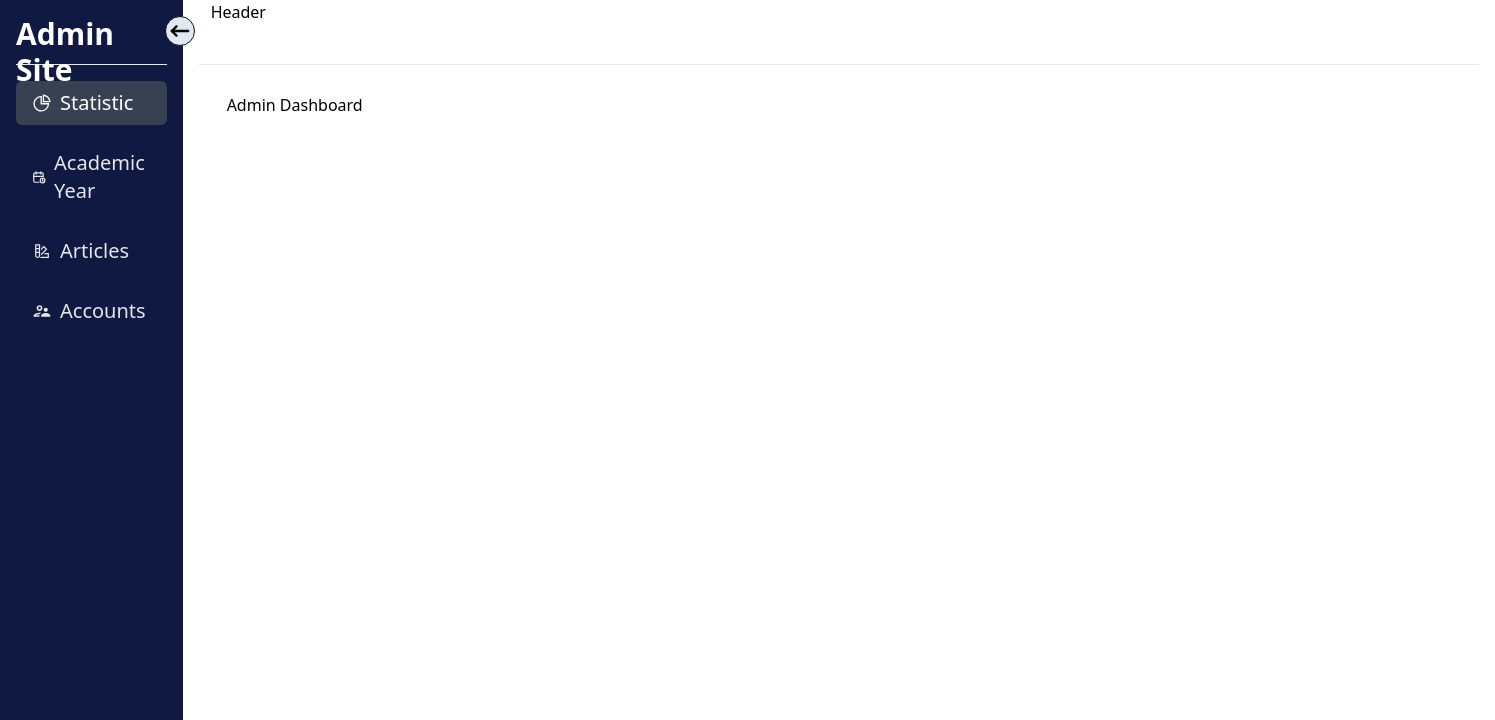
Repository: huynhvanngoan/COMP1640FE-Template
Page: /admin
The author's editor kept a copy of each file at every save. The page is drawn from the files as they stood at one save, then again after the next save.
The browser window is 1280 px wide. The page is 1495 px wide, then 1280 px, so the pictures cover 1495 px, including what lies to the right of the window. The pictures show the whole page.
The project was rebuilt for these pictures with package versions that can differ from the ones it lists, and the page was loaded fresh each time. Also part of the build but not shown: src/components/buttonStyles.js, src/pages/LoginPage.jsx, src/pages/student/StudentDashboard.jsx, src/pages/department/DepartmentDashboard.jsx, src/pages/marketing/MarketingDashboard.jsx, src/pages/guest/GuestDashboard.jsx.

Above is the page before, as saved 2024-03-24 07:05:08.

### src/index.js
import React from 'react';
import ReactDOM from 'react-dom/client';
import './index.css';
import App from './App';

const root = ReactDOM.createRoot(document.getElementById('root'));
root.render(
  <React.StrictMode>
      <App />
  </React.StrictMode>
)

### src/index.css
@import url('https://fonts.googleapis.com/css2?family=Inter:wght@100;200;300;400;500;600;700;800;900&display=swap');
@tailwind base;
@tailwind components;
@tailwind utilities;

### src/App.js
import React from 'react'
import { BrowserRouter as Router, Routes, Route, Navigate } from "react-router-dom";
import LoginPage from './pages/LoginPage';
import StudentDashboard from './pages/student/StudentDashboard';
import DepartmentDashboard from './pages/department/DepartmentDashboard';
import MarketingDashboard from './pages/marketing/MarketingDashboard';
import GuestDashboard from './pages/guest/GuestDashboard';
import Layout from './pages/admin/layout';
const App = () => {


  return (
    <Router>
        <Routes>
          <Route path="/login" element={<LoginPage/>} />

          <Route path="/admin" element={<Layout />}/>

          <Route path="/student-dashboard" element={<StudentDashboard />}/>

          <Route path="/guest-dashboard" element={<GuestDashboard />}/>

          <Route path="/department-dashboard" element={<DepartmentDashboard />}/>

          <Route path="/marketing-dashboard" element={<MarketingDashboard />}/>

          {/* <Route path='/marketing-homepage' element={<MarketingHomePage  />}/> */}

          <Route path='*' element={<Navigate to="/login" />} />

        </Routes>
    </Router>
  )
}

export default App

### src/pages/admin/layout.js
import React from 'react';
import Sidebar from './Sidebar';
import Header from './Header';
import AdminDashboard from './AdminDashboard';


export default function Layout() {
  return (
      <div className='flex'>
        <Sidebar />
        <div className='flex flex-col'>
          <Header />
          <AdminDashboard />
        </div>
      </div>
  );
}

### src/pages/admin/Sidebar.js
import React, { useState } from 'react';
import { Link } from 'react-router-dom';
import { AiOutlinePieChart } from "react-icons/ai";
import { TbCalendarTime } from "react-icons/tb";
import { LiaSwatchbookSolid } from "react-icons/lia";
import { MdOutlineSupervisorAccount } from "react-icons/md";
import { TbArrowNarrowLeft } from "react-icons/tb";
export const SidebarContent = [
  {
    icon: AiOutlinePieChart,
    heading: "Statistic"
  },
  {
    icon: TbCalendarTime,
    heading: "Academic Year"
  },
  {
    icon: LiaSwatchbookSolid,
    heading: "Articles"
  },
  {
    icon: MdOutlineSupervisorAccount,
    heading: "Accounts"
  }
]

export default function Sidebar() {
  const [selected, setSelected] = useState(0);
  const [colapse, setColapse] = useState(true);

  return (
    <div className={`left-0 top-0 h-screen bg-[#0f1941] p-4 ${colapse ? "w-64" : "w-20"} duration-300`}>
        <div className='flex flex-col'>
           <div className='relative flex h-10 justify-end'>
            {
              colapse ? (<h1 className='text-white text-3xl font-bold mx-auto '>Admin Site</h1>) : ''
            }
            <TbArrowNarrowLeft className={`text-3xl bg-slate-200 rounded-full cursor-pointer absolute -right-7 border border-[#080e24] hover:text-white ${!colapse && 'rotate-180'}`} onClick={() => setColapse(!colapse)} />
           </div>
          <ul className='my-2 border-t pt-4 w-full items-center'>
            {SidebarContent.map((item, index) => {
              return (
                <li className={selected === index  ? "mb-4 group active" : "mb-4" } key={index} onClick={() => setSelected(index)}>
                  <Link to="#" className={`flex w-full rounded-md items-center space-x-2 text-gray-200 hover:bg-[#080e24] hover:text-white group-[.active]:bg-gray-700 group-[.active]:text-white ${colapse ? 'text-xl px-4 py-2 ': 'text-3xl px-2 py-1'}`}>
                    { colapse ? (
                      <>
                        <item.icon />
                        <span>{item.heading}</span>
                      </>
                    ) : ( <item.icon />)
                    }
                  </Link>
                </li>
              )
            })}
          </ul>
        </div>
    </div>
  );
}

### src/pages/admin/Header.js
import React from 'react';

export default function Header() {
  return (
    <div className='px-7  w-full h-16'>
        Header
    </div>
  );
}

### src/pages/admin/AdminDashboard.js
import React from 'react'

const AdminDashboard = () => {
  return (
      <div className='p-7 mx-4 w-screen border-t'>
        Admin Dashboard
      </div>
  )
}

export default AdminDashboard

### tailwind.config.js
/** @type {import('tailwindcss').Config} */
module.exports = {
  content: [
    "./src/**/*.{js,jsx,ts,tsx}",
  ],
  theme: {
    extend: {
      fontFamily: {
        "inter": ["Inter", "sans-serif"]
      }
    },
  },
  plugins: [],
}

Loaded but not shown: public/index.html (common file)

After the next save:
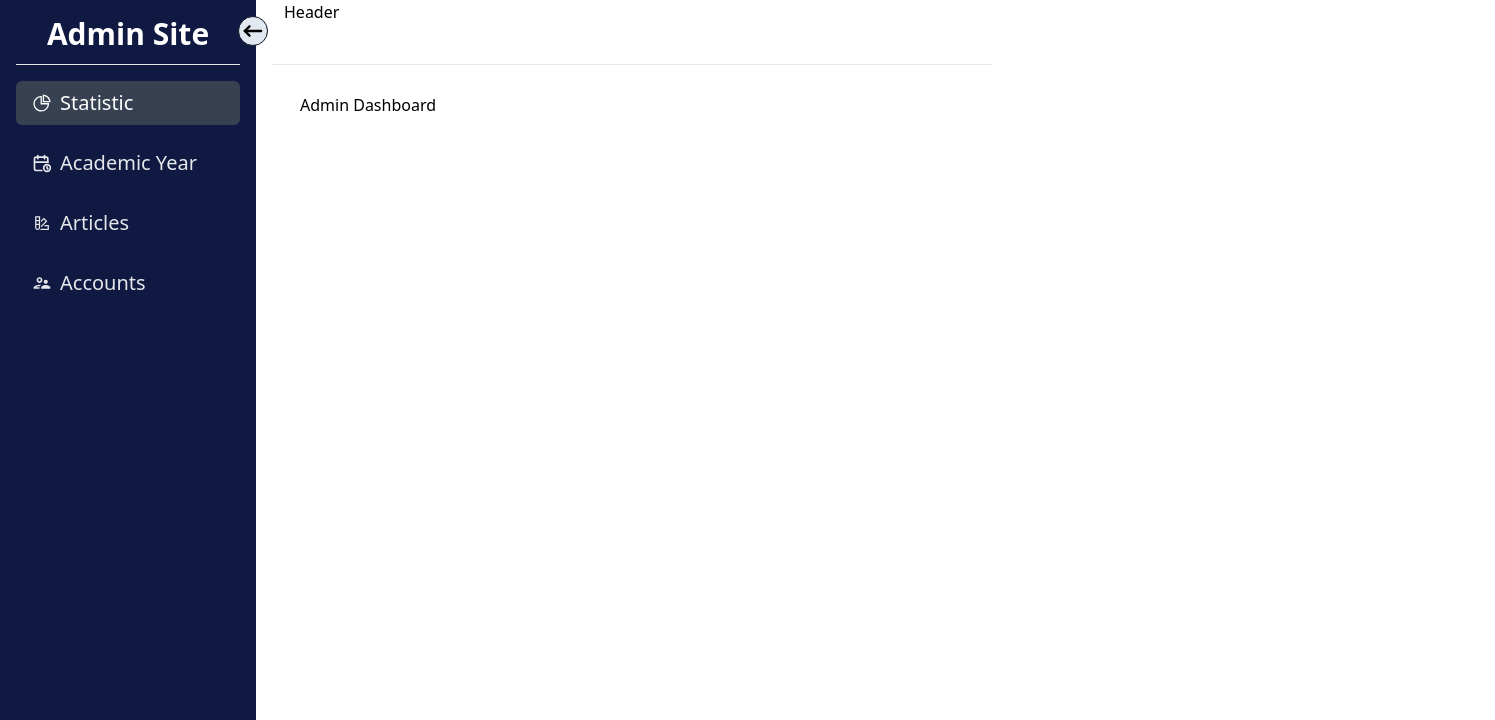
Saved 12 s later.
--- a/src/pages/admin/AdminDashboard.js
+++ b/src/pages/admin/AdminDashboard.js
@@ -2,7 +2,7 @@ import React from 'react'
 
 const AdminDashboard = () => {
   return (
-      <div className='p-7 mx-4 w-screen border-t'>
+      <div className='p-7 mx-4 w-[100vh] border-t'>
         Admin Dashboard
       </div>
   )
